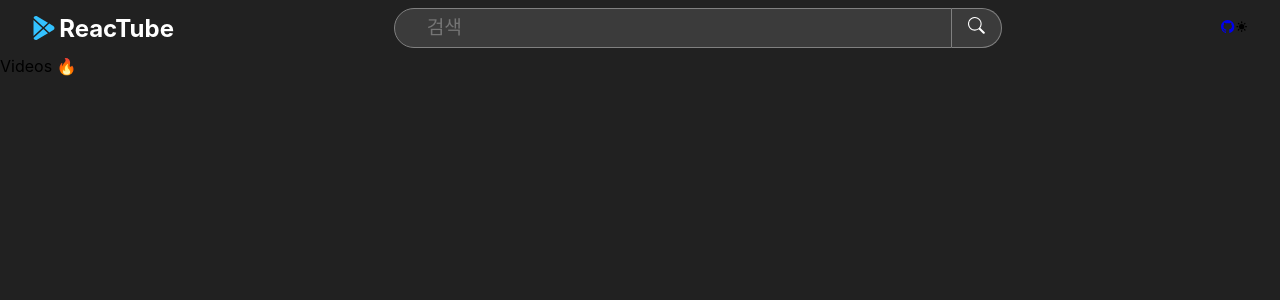
Repository: MrJinkyu/youtube
Page: /
The author's editor kept a copy of each file at every save. The page is drawn from the files as they stood at one save, then again after the next save.
The browser window is 1280 px wide. The pictures show the whole page.
The project was rebuilt for these pictures with package versions that can differ from the ones it lists, and the page was loaded fresh each time. Also part of the build but not shown: src/App.css, src/pages/NotFound.jsx, src/pages/VideoDetail.jsx.

Above is the page before, as saved 2023-05-09 17:42:30.

### public/index.html
<!DOCTYPE html>
<html lang="en">
  <head>
    <meta charset="utf-8" />
    <link rel="icon" href="%PUBLIC_URL%/favicon.ico" />
    <meta name="viewport" content="width=device-width, initial-scale=1" />
    <meta name="theme-color" content="#000000" />
    <meta
      name="description"
      content="Web site created using create-react-app"
    />
    <link rel="apple-touch-icon" href="%PUBLIC_URL%/logo192.png" />
    <!--
      manifest.json provides metadata used when your web app is installed on a
      user's mobile device or desktop. See https://developers.google.com/web/fundamentals/web-app-manifest/
    -->
    <link rel="manifest" href="%PUBLIC_URL%/manifest.json" />
    <!--
      Notice the use of %PUBLIC_URL% in the tags above.
      It will be replaced with the URL of the `public` folder during the build.
      Only files inside the `public` folder can be referenced from the HTML.

      Unlike "/favicon.ico" or "favicon.ico", "%PUBLIC_URL%/favicon.ico" will
      work correctly both with client-side routing and a non-root public URL.
      Learn how to configure a non-root public URL by running `npm run build`.
    -->
    <title>ReacTube</title>
  </head>
  <body>
    <noscript>You need to enable JavaScript to run this app.</noscript>
    <div id="root"></div>
    <!--
      This HTML file is a template.
      If you open it directly in the browser, you will see an empty page.

      You can add webfonts, meta tags, or analytics to this file.
      The build step will place the bundled scripts into the <body> tag.

      To begin the development, run `npm start` or `yarn start`.
      To create a production bundle, use `npm run build` or `yarn build`.
    -->
  </body>
</html>

### src/index.js
import React from 'react';
import ReactDOM from 'react-dom/client';
import './index.css';
import App from './App';
import reportWebVitals from './reportWebVitals';
import {
  createBrowserRouter,
  RouterProvider,
} from "react-router-dom";
import NotFound from './pages/NotFound';
import Videos from './pages/Videos';
import VideoDetail from './pages/VideoDetail';

const router = createBrowserRouter([
  {
    path: "/",
    element: <App/>,
    errorElement: <NotFound/>,
    children: [
      { index: true, element: <Videos/> },
      { path: '/videos', element: <Videos/> },
      { path: '/videos/:keyword', element: <Videos/> },
      { path: '/videos/watch/:videoId', element: <VideoDetail/> }
    ]
  },
]);

const root = ReactDOM.createRoot(document.getElementById('root'));
root.render(
  <React.StrictMode>
    <RouterProvider router={router} />
  </React.StrictMode>
);

// If you want to start measuring performance in your app, pass a function
// to log results (for example: reportWebVitals(console.log))
// or send to an analytics endpoint. Learn more: https://bit.ly/CRA-vitals
reportWebVitals();

### src/index.css
*{
  box-sizing: border-box;
  padding: 0;
  margin: 0;
}

button{
  cursor: pointer;
  border: none;
  outline: none;
  background-color: transparent;
}

body {
  margin: 0;
  font-family: -apple-system, BlinkMacSystemFont, 'Segoe UI', 'Roboto', 'Oxygen',
    'Ubuntu', 'Cantarell', 'Fira Sans', 'Droid Sans', 'Helvetica Neue',
    sans-serif;
  -webkit-font-smoothing: antialiased;
  -moz-osx-font-smoothing: grayscale;
  background-color: #212121;
}

code {
  font-family: source-code-pro, Menlo, Monaco, Consolas, 'Courier New',
    monospace;
}

### src/App.js
import './App.css';
import SearchHeader from './components/SearchHeader';
import { Outlet } from 'react-router-dom';

function App() {
  return (
    <div className="App">
      <SearchHeader/>
      <Outlet/>
    </div>
  );
}

export default App;

### src/pages/Videos.jsx
import React from 'react';
import { useParams } from 'react-router-dom';

export default function Videos() {
    const { keyword } = useParams();
    return (
        <div>
            Videos {keyword ? `🔍${keyword}` : '🔥'}
        </div>
    );
}

### src/components/SearchHeader.jsx
import React, { useEffect, useState } from 'react';
import { BsGooglePlay, BsSearch, BsGithub } from 'react-icons/bs';
import { HiSun } from 'react-icons/hi';
import { useNavigate, useParams, Link } from 'react-router-dom';
import styles from './SearchHeader.module.css';

export default function SearchHeader() {
    const { keyword } = useParams();
    const navigate = useNavigate();
    const [text, setText] = useState('');
    const handleChange = (e) => setText(e.target.value);
    const handleSubmit = (e) => {
        e.preventDefault();
        if(text.trim().length === 0){
            return ;
        }
        navigate(`/videos/${text}`);
        setText('');
    }
    useEffect(() => {
        setText(keyword || '');
    },[keyword]);
    return (
        <header className={styles.header}>
            <Link to='/' className={styles.logo}>
                <BsGooglePlay className={styles.icon}/>
                <h1 className={styles.title}>ReacTube</h1>
            </Link>
            <form onSubmit={handleSubmit} className={styles.form}>
                <input
                    className={styles.text}
                    type="text"
                    placeholder='검색'
                    value={text}
                    onChange={handleChange}
                />
                <button className={styles.searchBtn}><BsSearch/></button>
            </form>
            <div className={styles.btns}>
                <button className={styles.github}>
                    <a href='https://github.com/MrJinkyu?tab=repositories' target='blank'>
                        <BsGithub/>
                    </a>
                </button>
                <button className={styles.mode}>
                    <HiSun/>
                </button>
            </div>
        </header>
    );
}

### src/components/SearchHeader.module.css
header{
    padding: 0.5rem 2rem;
    width: 100%;
    display:  flex;
    justify-content: space-between;
    align-items: center;
}

.logo{
    text-decoration: none;
    display: flex;
    align-items: center;
}

.icon{
    color: #33c2ff;
    font-size: 1.5rem;
    margin-right: 0.2rem;
}

.title{
    color: white;
    font-size: 1.5rem;
}

.form{
    width: 50%;
    display: flex;
    justify-content: center;
    align-items: center;
}

.text{
    width: 100%;
    border: 1px solid grey;
    border-top-left-radius: 1.5rem;
    border-bottom-left-radius: 1.5rem;
    padding: 0.5rem 2rem;
    font-size: 1.2rem;
    color: white;
    outline: none;
    background-color: #3b3b3b;
}

.text:hover{
    border-color: #33c2ff;
}

.searchBtn{
    border: 1px solid grey;
    border-top-right-radius: 1.5rem;
    border-bottom-right-radius: 1.5rem;
    border-left: none;
    padding: 0.5rem 1rem;
    font-size: 1.05rem;
    color: white;
    outline: none;
    background-color: #3b3b3b;
}

.searchBtn:hover{
    filter: brightness(125%);
}

.btns{
    display: flex;
    align-items: center;
}

.btn{
    font-size: 1.5rem;
}

Loaded but not shown: src/reportWebVitals.js (common file)

After the next save:
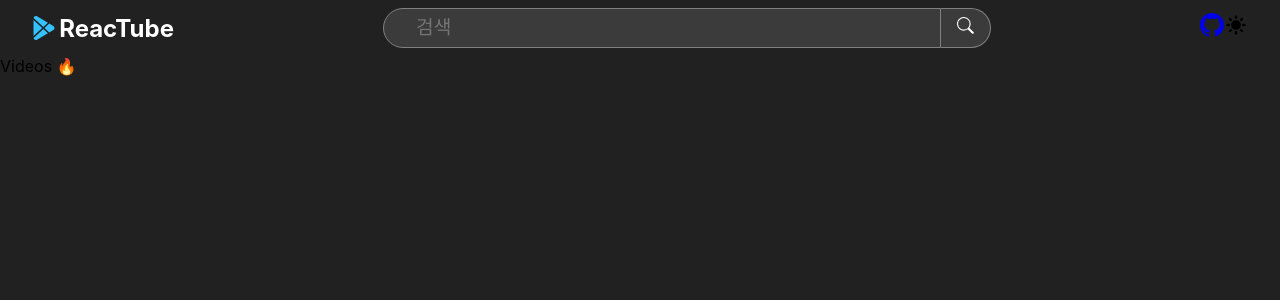
Saved 17 s later.
--- a/src/components/SearchHeader.module.css
+++ b/src/components/SearchHeader.module.css
@@ -67,6 +67,10 @@
     align-items: center;
 }
 
-.btn{
+.github{
     font-size: 1.5rem;
 }
+
+.mode{
+    font-size: 1.5rem;
+}
